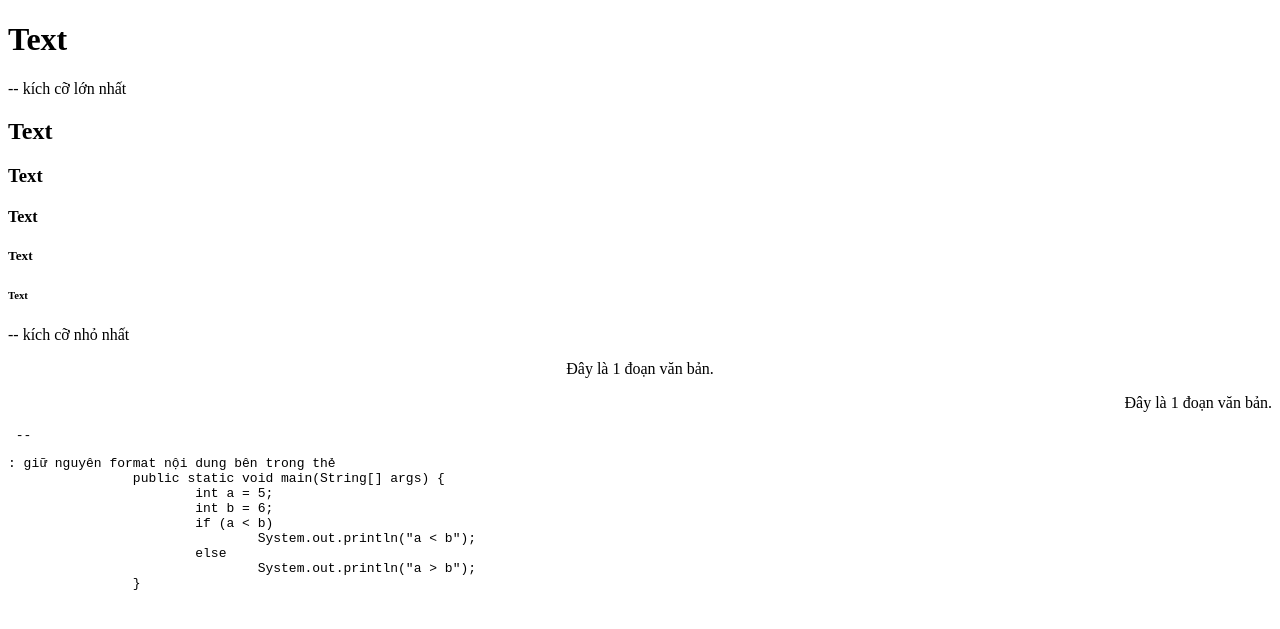
Repository: PhiKhongHoang/JSP-Servlet
Page: Bai2_HTML/src/main/webapp/vidu.html
These files come from the project's save history. The page is drawn as it stood at one moment and after the next save; the edit follows.
The browser window is 1280 px wide. The pictures show the whole page.

Above is the page before, as saved 2024-02-16 08:33:22.

### Bai2_HTML/src/main/webapp/vidu.html
<!DOCTYPE html>
<html>
<head>
<meta charset="UTF-8">
<title>Insert title here</title>
</head>
<body>
	<h1>Text</h1>
	-- kích cỡ lớn nhất
	<h2>Text</h2>
	<h3>Text</h3>
	<h4>Text</h4>
	<h5>Text</h5>
	<h6>Text</h6>
	-- kích cỡ nhỏ nhất

	<p align="center">Đây là 1 đoạn văn bản.</p>
	<p align="right">Đây là 1 đoạn văn bản.</p>

	<pre> -- <pre>: giữ nguyên format nội dung bên trong thẻ
		public static void main(String[] args) {
			int a = 5;
			int b = 6;
			if (a &lt; b)
				System.out.println("a &lt; b");
			else
				System.out.println("a &gt; b");
		}
	</pre>

</body>
</html>

After the next save:
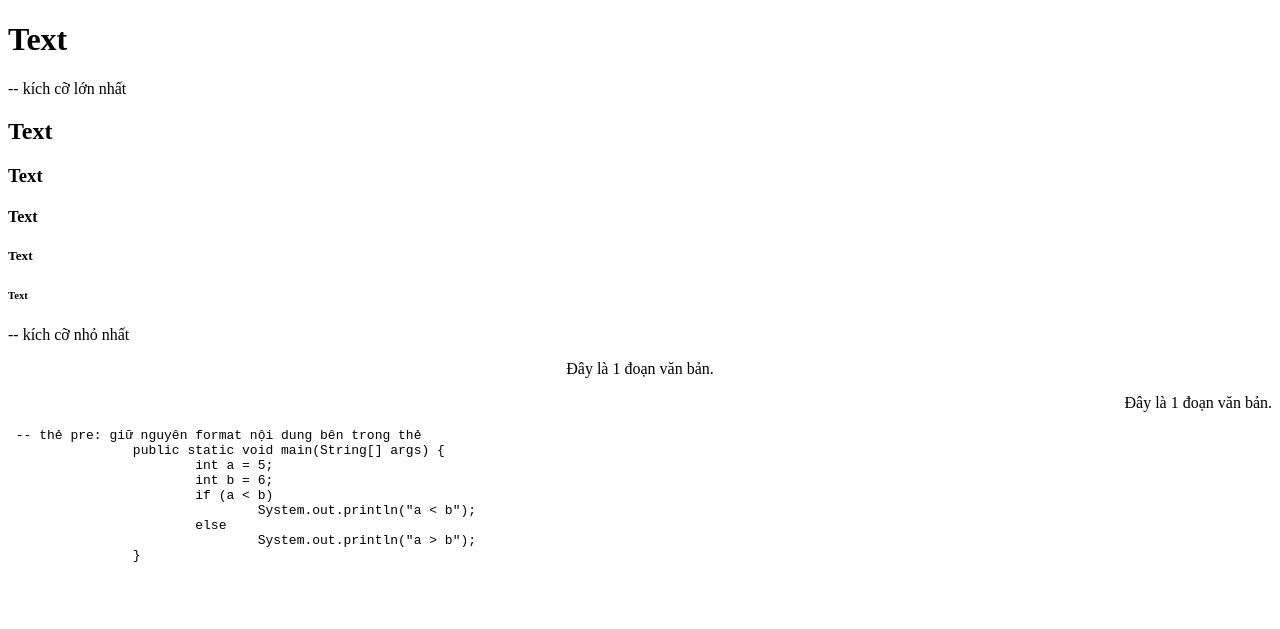
Saved 5 s later.
--- a/Bai2_HTML/src/main/webapp/vidu.html
+++ b/Bai2_HTML/src/main/webapp/vidu.html
@@ -17,7 +17,7 @@
 	<p align="center">Đây là 1 đoạn văn bản.</p>
 	<p align="right">Đây là 1 đoạn văn bản.</p>
 
-	<pre> -- <pre>: giữ nguyên format nội dung bên trong thẻ
+	<pre> -- thẻ pre: giữ nguyên format nội dung bên trong thẻ
 		public static void main(String[] args) {
 			int a = 5;
 			int b = 6;
